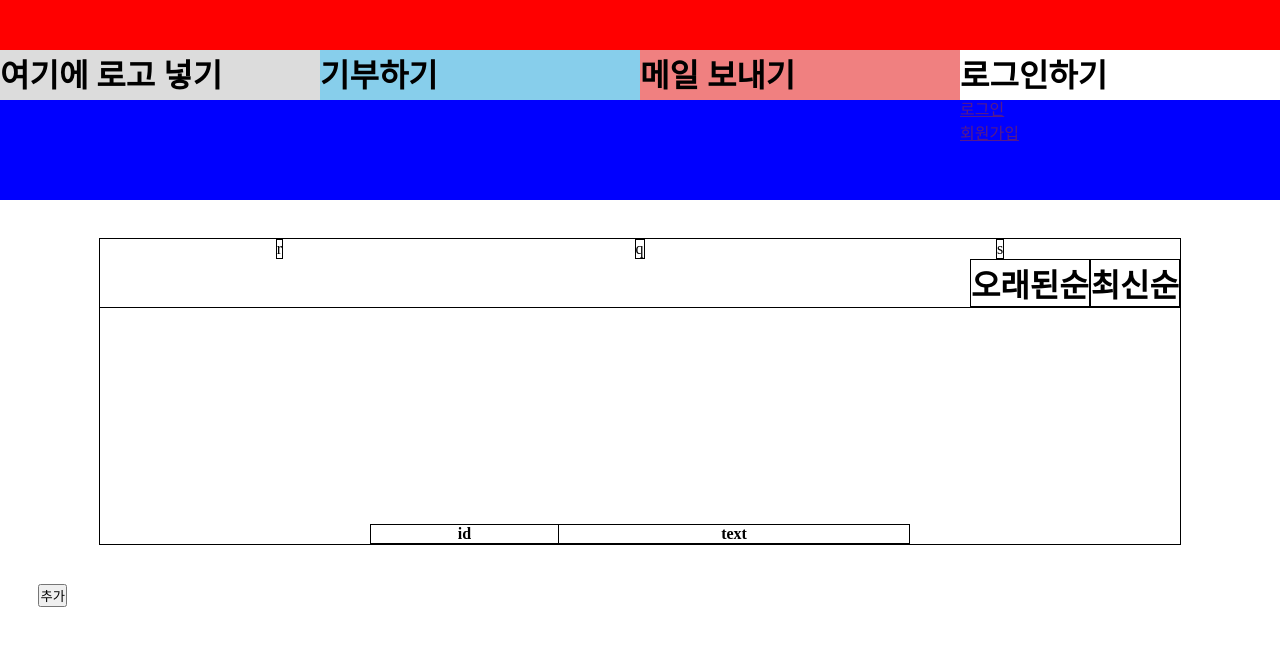
Repository: Yeojin0523/Survey
Page: http://localhost/Blog/Blog/list.jsp
The author's editor kept a copy of each file at every save. The page is drawn from the files as they stood at one save, then again after the next save.
The browser window is 1280 px wide. The pictures show the whole page.
The page is served by Tomcat 9. Other server files are loaded and not shown. The template is opened directly, without the code that normally fills it, so the values that code supplies are empty.

Above is the page before, as saved 2024-07-29 07:37:07.

### Blog/src/main/webapp/Blog/list.jsp
<%@ page language="java" contentType="text/html; charset=UTF-8"
	pageEncoding="UTF-8"%>
<%@ page import="java.util.List"%>
<%@ page import="java.util.ArrayList"%>
<%@ page import="java.sql.DriverManager"%>
<%@ page import="java.sql.ResultSet"%>
<%@ page import="java.sql.PreparedStatement"%>
<%@ page import="java.sql.Connection"%>
<%@ page import="java.sql.SQLException"%>

<%
Connection conn = null;
PreparedStatement pstmt = null;
ResultSet rs = null;
%>

<!DOCTYPE html>
<html>
<head>
<meta charset="UTF-8">
<title>my blog</title>
<script src="list.js"></script>
<link rel="stylesheet" href="list.css">
</head>
<body>
	<div class="wrapper">
		<div class="wrap">
			<div class="top_gnb_area"></div>
			<div class="top_area">
				<div class="logo_area">
					<h1>여기에 로고 넣기</h1>
				</div>
				<div class="donate_area">
					<h1>기부하기</h1>
				</div>

				<div class="mail_area">
					<h1>메일 보내기</h1>
				</div>
				<div class="login_area">
					<h1>로그인하기</h1>
					<!-- 로그인 안한 상태 -->
					<c:if test="${memeber == null}">
						<div class="loginBtn">
							<a href="">로그인</a>
						</div>
						<span><a href="">회원가입</a></span>
					</c:if>
				</div>
			</div>
		</div>
	</div>
	<div class="frame">
		<table class="outer_table">
			<tr class="category">
				<td>r</td>
				<td>q</td>
				<td>s</td>
			</tr>
			<tr class="list" colspan="2">
				<td>
					<h1>최신순</h1>
				</td>
				<td>
					<h1>오래된순</h1>
				</td>
			</tr>
			<tr>
				<td colspan="3">
					<div class="content">
						<div class="donateList">
							<table class="inner_table">
								<tr>
									<th>id</th>
									<th>text</th>
								</tr>
								<%
								try {
									Class.forName("oracle.jdbc.driver.OracleDriver");
									conn = DriverManager.getConnection("jdbc:oracle:thin:@localhost:1521:XE", "c##systemid", "systempwd");
									String sql = "SELECT * FROM blog";
									pstmt = conn.prepareStatement(sql);
									rs = pstmt.executeQuery();

									while (rs.next()) {
										out.println("<tr>");
										out.println("<td>" + rs.getInt("seq") + "</td>");
										out.println("<td>" + rs.getString("text") + "</td>");
										out.println("</tr>");
									}
								} catch (Exception e) {
									e.printStackTrace();
								} finally {
									try {
										if (rs != null)
									rs.close();
										if (pstmt != null)
									pstmt.close();
										if (conn != null)
									conn.close();
									} catch (Exception e) {
										e.printStackTrace();
									}
								}
								%>
							</table>
						</div>
					</div>
				</td>
			</tr>
		</table>
	</div>


	<div class="button_area">
		<button id="insertBtn">추가</button>
	</div>
</body>
</html>

### Blog/src/main/webapp/Blog/list.js
/** list.js의 script file
 *
 */
document.addEventListener("DOMContentLoaded", function(){
	document.getElementById("insertBtn").addEventListener("click", function(){
		window.location.href="InsertForm.jsp";
	});
});

### Blog/src/main/webapp/Blog/list.css
@charset "UTF-8";
*{
	margin:0;
	padding:0;
}
/*화면 전체*/
.wrapper{
	width:100%;
}
/*content 랩*/
.content{
	width:1080px;
	margin:auto;
}
.top_gnb_area{
	width:100%;
	height:50px;
	background-color: red;
}
.top_area{
	width:100%;
	height:150px;
	background-color: blue;
	align-items: center;
}
.logo_area{
	width:25%;
	height:50px;
	background-color: gainsboro;
	float:left;
}
.donate_area{
	width:25%;
	height:50px;
	background-color: skyblue;
	float:left;
}
.mail_area{
	width:25%;
	height:50px;
	background-color: lightcoral;
	float:left;
}
.login_area{
	width:25%;
	height:50px;
	background-color: white;
	float:right;
}
table{
	margin-left:auto;
	margin-right:auto;
	text-align: center;
}
table, td, th{
	border-collapse: collapse;
	border:1px solid black;
}
.outer_table{
	margin-top:3%;
}
.inner_table{
	margin-top:20%;
	width:50%;
	height:50%;
}
.button_area{
	padding:3%;
}
.list{
	display: flex;
	flex-direction: row-reverse;
}
.category{
	display: flex;
	justify-content: space-around;
	text-align: center;
}

After the next save:
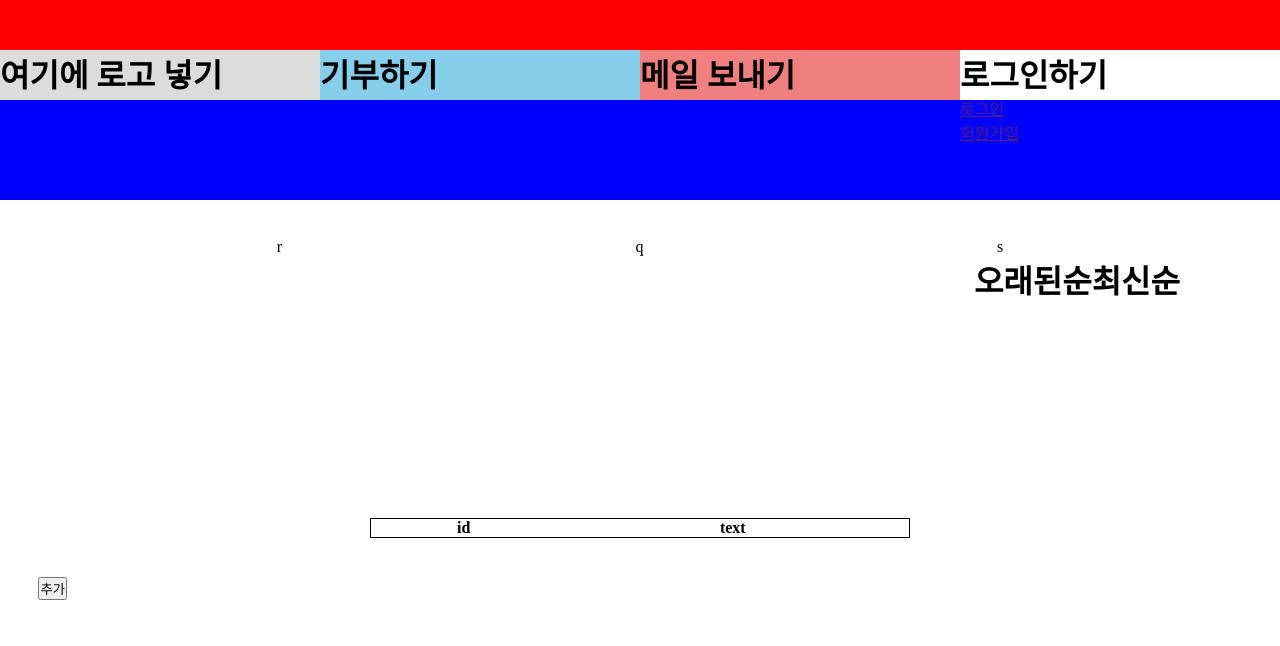
Saved 49 min 22 s later.
--- a/Blog/src/main/webapp/Blog/list.css
+++ b/Blog/src/main/webapp/Blog/list.css
@@ -54,7 +54,6 @@ table{
 }
 table, td, th{
 	border-collapse: collapse;
-	border:1px solid black;
 }
 .outer_table{
 	margin-top:3%;
@@ -63,6 +62,7 @@ table, td, th{
 	margin-top:20%;
 	width:50%;
 	height:50%;
+	border:1px solid black;
 }
 .button_area{
 	padding:3%;
